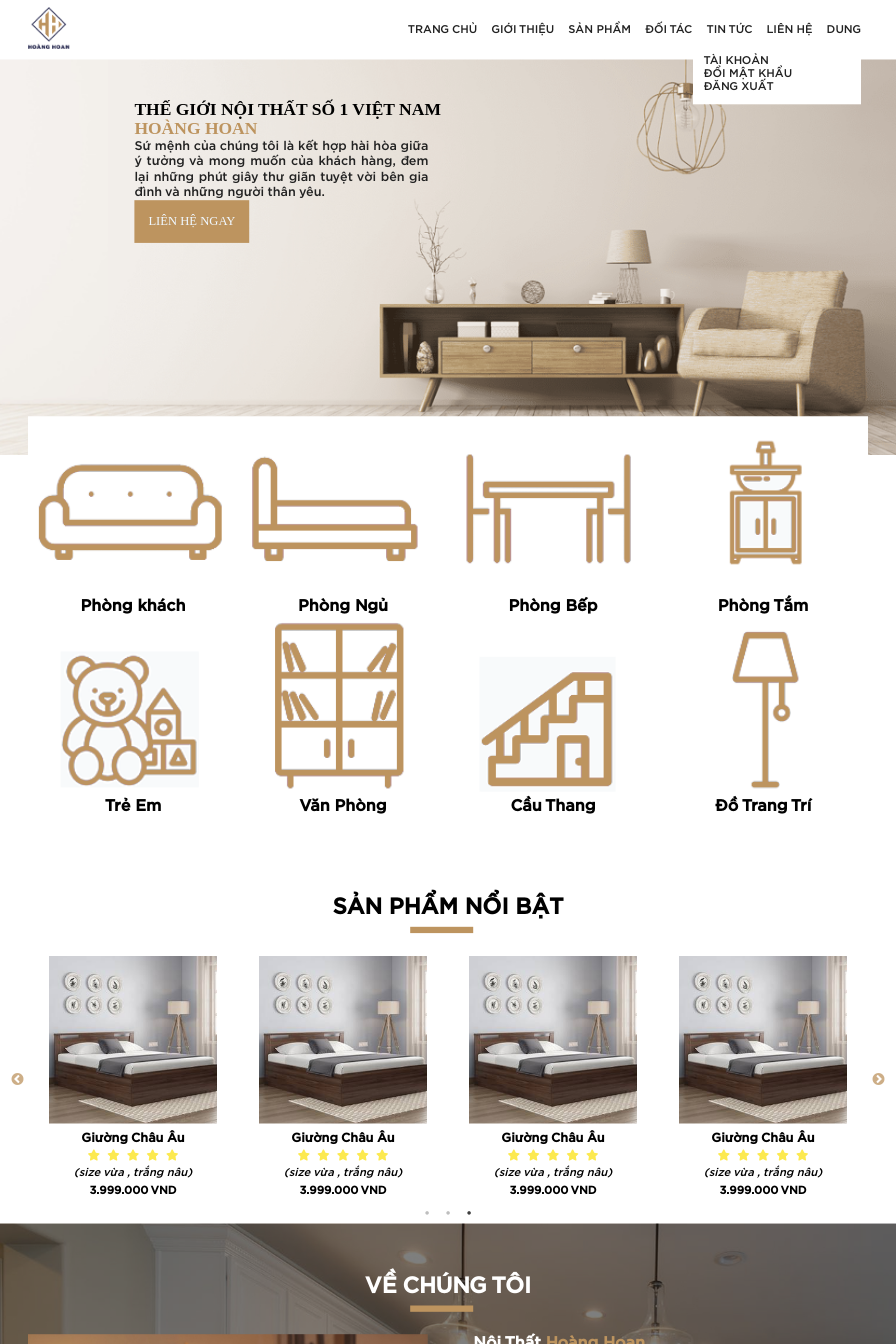
Repository: LDDUNG2003/prj_2
Page: /
The author's editor kept a copy of each file at every save. The page is drawn from the files as they stood at one save, then again after the next save.
The browser window is 1280 px wide. The pictures show the part of the page from y = 0 to 1920 px (the page is 3929 px tall), at 70% of full size.
The project was rebuilt for these pictures with package versions that can differ from the ones it lists, and the page was loaded fresh each time. Also part of the build but not shown: src/pages/news/newsListItem/index.js, src/pages/news/index.js, src/styles/css/contact.css, src/pages/contact/index.js, src/pages/notfoud/index.js, src/pages/login/index.js.

Above is the page before, as saved 2023-09-22 11:00:20.

### public/index.html
<!doctype html>
<html lang="en">
  <head>
    <meta charset="utf-8">
    <meta name="viewport" content="width=device-width, initial-scale=1">
    <link rel="shortcut icon" href="./img/logo.png">
    <link rel="preconnect" href="https://fonts.googleapis.com">
    <link rel="preconnect" href="https://fonts.gstatic.com" crossorigin>
    <link href="https://fonts.googleapis.com/css2?family=Roboto:ital,wght@0,100;0,300;0,400;0,500;1,100;1,400;1,500;1,700;1,900&display=swap" rel="stylesheet">
    <title>Nội Thất Hoàng Hoan</title>
  </head>
  <body>
    <div id="root"></div>
  </body>
</html>

### src/index.js
import React from 'react';
import ReactDOM from 'react-dom';
import App from './App';
import './index.css';

const root = ReactDOM.createRoot(document.getElementById('root'));
root.render(
  <React.StrictMode>
    <App />
  </React.StrictMode>,
);

### src/App.js
import React, { Component, Fragment } from 'react';
import { BrowserRouter as Router , Routes, Route } from 'react-router-dom';
import defaultLayout from './layouts/defaultLayout';
import { publicRoute } from './routes';
import "slick-carousel/slick/slick.css";
import "slick-carousel/slick/slick-theme.css";
import './styles/css/responsive.css';

class App extends Component {
  render() {
    return (
      <Router>
        <div className="App">
        <Routes>
          {publicRoute.map((route ,index) => {
              const Page = route.component
              let Layout
              if(route.layout === 'notlayout'){
                Layout = Fragment
              }else{
                Layout = defaultLayout
              }
              return (<Route
                key={index}
                path={route.path}
                element={
                <Layout>
                    <Page/>
                  </Layout>
                }/>);
            })}
        </Routes>
        </div>
      </Router>
    );
  }
}

export default App;

### src/index.css
@font-face {
    font-family: "Gotham-Medium";
    src: url(./styles/front/Gotham-Medium.otf);
}

@font-face {
    font-family: "Gotham-Thin";
    src: url(./styles/front/Gotham-Thin.otf);
}

@font-face {
    font-family: "Gotham-Ultra";
    src: url(./styles/front/Gotham-Ultra.otf);
}

### src/layouts/defaultLayout/index.js
// import PropTypes from 'prop-types'
import Header from "../header";
import Footer from "../footer";
import "../../styles/css/base.css";

function defaultLayout({children}) {
    return(
        <>
        <Header />
        <div className="content">{children}</div>
        <Footer />
        </>
    );
}

// DefaultLayout.propTypes = {
//     children: PropTypes.node.isRequired
// };
export default defaultLayout

### src/routes/index.js
import Home from '~/pages/home'
import News from '~/pages/news'
import Contact from '~/pages/contact'
import page404 from '~/pages/notfoud'
import Login from '~/pages/login'

const publicRoute = [
    {path: '/',component: Home},
    {path: '/news',component: News},
    {path: '/contact',component: Contact},
    {path: '/*',component: page404, layout: 'notlayout'},
    {path: '/login',component: Login,layout: 'notlayout'}
]

export  {publicRoute}

### src/styles/css/responsive.css
@media (min-width:767px) {
    #mobileMenu {
        display: none;
    }
}

@media (max-width: 767px) {
    #root {
        margin: 0px 5px;
    }
    #mobileMenu {
        display: block;
        text-align: center;
    }
    .logo--block {
        width: 100%;
        display: flex;
        align-items: center;
        justify-content: space-between;
    }
    .navBar {
        display: block;
        height: auto;
    }
    .choose-item {
        width: 100%;
    }
    .menu-mobile {
        width: 40px;
        height: 40px;
        padding: 10px;
        border: 0px;
        background-color: var(--primary-color);
    }
    .news--item-container {
        font-size: 11px;
    }
    .content--title::before {
        display: none;
    }
    .new--item-heading {
        font-size: 14px;
    }
    .navBar__list {
        display: none;
        width: 100%;
    }
    .navBar__list-item {
        padding: 4px;
        border-bottom: 2px solid #ccc;
    }
    .about__us {
        background: none;
    }
    .about__us::before {
        background: none;
    }
    .content__focut {
        position: static;
    }
    .focut--item {
        width: 50%;
    }
    .content__banner {
        width: 100%;
    }
    .banner--content {
        display: none;
    }
    .slick-prev:before,
    .slick-next:before {
        display: none;
    }
    .about--background {
        display: none;
    }
    .about__us-bag {
        position: static;
    }
    .about--block {
        display: block;
    }
    .about--content {
        width: 100%;
        color: var(--text-color);
    }
    .about--content img {
        width: 100%;
    }
    .content--title {
        color: var(--text-color);
    }
    .news--contain {
        display: block;
    }
    .mobile-display {
        display: none;
    }
    .news--contain--item {
        width: 100%;
    }
    .news--list-item {
        width: 100%;
        overflow: hidden;
    }
    .news--list-item img {
        height: 100%;
    }
    .partner--list {
        flex-wrap: wrap;
    }
    .partner--item {
        width: 50%;
    }
    .content--contact {
        display: none;
    }
    .footer__lable {
        display: block;
    }
    .footer--list {
        width: 100%;
        padding: 10px 0px;
    }
    .footer--list-item {
        width: 100%;
        padding: 5px 0px;
    }
    /* news responsive */
    .news--content-list {
        margin: 0px 20px;
    }
    .news--content-item {
        width: 100%;
    }
    .featured--list {
        width: 100%;
        margin: 10px;
        flex-wrap: wrap;
    }
    .featured--item {
        width: 100%;
    }
}

### src/layouts/header/index.js
import ListMenu from "./itemsHeader";
import Login from "./login";
import { FontAwesomeIcon } from "@fortawesome/react-fontawesome"
import { faBars} from "@fortawesome/free-solid-svg-icons";
function Header(){
    let Href = window.location.href
    console.log(Href)

    return (
        <div className="header">
            <div className="navBar">
                <div className="logo--block">
                <img src="./img/logo.png" alt="logo" className="logo" />
                <button onClick={clickMenu} className="menu-mobile" id="mobileMenu"><FontAwesomeIcon icon={faBars} color="#fff"/></button>
                </div>
                <ul className="navBar__list">
                    <ListMenu/>
                    <Login/>
                </ul>
            </div>
        </div>
    )
}
function clickMenu(){
    if (document.getElementsByClassName("navBar__list")[0].style.display === "block") {
        document.getElementsByClassName("navBar__list")[0].style.display = null;
    } else {
        document.getElementsByClassName("navBar__list")[0].style.display = "block";
    }
}

export default Header

### src/styles/css/base.css
* {
    padding: 0px;
    margin: 0px;
    font-family: "Gotham-Medium";
    text-align: justify;
}

:root {
    --primary-color: #bd945f;
    --text-color: #222222;
}


/* font setting */

.App {
    width: 100%;
    overflow: hidden;
    background-color: #fff;
}

.main {
    width: 100%;
}

.header {
    padding: 10px 0px;
    margin: auto;
    width: 100%;
    max-width: 1200px;
}

.navBar {
    display: flex;
    width: 100%;
    justify-content: space-between;
}

.logo {
    height: 60px;
}

.navBar__list {
    display: flex;
    list-style: none;
    align-items: center;
}

.navBar__list-item {
    margin: 0 10px;
    position: relative;
}

.navBar__list--link {
    text-transform: uppercase;
    font-size: 16px;
    color: var(--text-color);
    text-decoration: none;
}

.navBar__list-item::before {
    content: '';
    background-color: var(--primary-color);
    display: block;
    height: 4px;
    margin-top: 7px;
    width: 0px;
    top: 75%;
    position: absolute;
    transition: 0.3s;
    z-index: 1;
}

.Login--navBar {
    list-style: none;
    position: absolute;
    z-index: 1;
    width: 240px;
    background-color: #fff;
    padding: 15px;
    right: 0px;
    top: 150%;
}

.Loginlist {
    padding: 10px 0px;
}

.select--item::before {
    content: '';
    background-color: var(--primary-color);
    display: block;
    height: 4px;
    margin-top: 7px;
    width: 65px;
    top: 75%;
    position: absolute;
    z-index: 1;
}

.navBar__list-item:hover::before {
    width: 65px;
}

.featured--content {
    padding-top: 10px;
    text-align: center;
}

.featured-name {
    display: contents;
    font-size: 18px;
    text-transform: capitalize;
}

.evaluate--list {
    list-style: none;
    display: flex;
    justify-content: center;
}

.evaluate--list li {
    padding: 5px;
    margin: 0;
}

.note-product {}

.content--title {
    font-size: 32px;
    padding: 50px 0px;
    text-align: center;
    position: relative;
    text-transform: uppercase;
}

.content--title::before {
    content: '';
    background-color: var(--primary-color);
    width: 90px;
    height: 9px;
    position: absolute;
    top: 70%;
    right: 47%;
}

.content__featured {
    width: 100%;
    max-width: 1200px;
    margin: auto;
    padding-bottom: 30px;
}

.featured--list {
    width: 100%;
    list-style: none;
    display: flex;
    text-align: center;
}

.featured--item {}

.featured--img {
    width: 80%;
    margin: auto;
}

.price-product {
    text-align: center;
    padding: 7px 0px;
    font-weight: 800;
    font-size: 16px;
}

.slick-prev:before,
.slick-next:before {
    color: var(--primary-color) !important;
    width: 15px;
    display: inline-block;
}

.footer {
    padding: 20px 0px;
    background-color: black;
}

.footer__lable {
    max-width: 1200px;
    margin: auto;
    display: flex;
    width: 100%;
    justify-content: space-around;
    color: #fff;
    justify-content: space-between;
}

.footer--list {
    list-style: none;
    width: 32%;
}

.footer--list-item {
    font-size: 16px;
    padding-top: 8px;
    text-transform: capitalize;
    font-family: initial;
}

.footer--list-heading {
    font-size: 18px;
    font-weight: 300;
    text-transform: uppercase;
    position: relative;
    padding-bottom: 0px;
    font-family: 'Gotham-Medium';
}

.footer--list-heading::after {
    content: '';
    background-color: var(--primary-color);
    width: 110px;
    padding-top: 6px;
    position: absolute;
    left: 0px;
    bottom: -8px;
}

.footer--inheri {
    text-transform: uppercase;
    font-weight: 600;
    font-size: 18px;
}

.footer--list-contact {
    display: flex;
    list-style: none;
}

.fooder--list-contact-item {
    width: 16px;
    padding: 5px;
}

### src/layouts/header/itemsHeader/index.js
import { Link } from "react-router-dom"

function ListMenu() {
    var menuItem = ["Trang Chủ", "Giới Thiệu","sản phẩm","Đối Tác","tin tức","Liên hệ"]
    var menuLink = ["/", "/About", "/Products","partner", "/News", "/Contact"]
    var menubar =[]
    for (var i = 0; i < menuItem.length; i++) {
        menubar.push(
            <li onClick={clickLink} className="navBar__list-item" key={i}>
                <Link className="navBar__list--link" to={menuLink[i]}>{menuItem[i]}</Link>
            </li>
        )
        console.log(menuItem[i])
    }
    return (
        <>
        {menubar}
        </>
    );

    function clickLink(){
        document.getElementsByClassName("navBar__list")[0].style.display = null;
    }
}


export default ListMenu;

### src/layouts/header/login/index.js
import { Link } from "react-router-dom"

function Login() {
    var LoginCheck = true
    let nameAccount = "Dung"
    if(LoginCheck){
        return (
            <li onClick={clickLink} className="navBar__list-item">
                <Link className="navBar__list--link">
                    {nameAccount}
                    <ul className="Login--navBar">
                        <li className="Login__list-item">
                            <Link className="navBar__list--link">tài khoản </Link>
                        </li>
                        <li className="Login__list-item">
                            <Link className="navBar__list--link">đổi mật khẩu </Link>
                        </li>
                        <li className="Login__list-item">
                            <Link className="navBar__list--link">đăng xuất</Link>
                        </li>
                    </ul>
                </Link>
            </li>
        )
    }
    else{
        return(
            <li className="navBar__list-item">
                <Link to = "/login" className="navBar__list--link">Đăng Nhập</Link>
            </li>
        )
    }

    function clickLink(){
        document.getElementsByClassName("navBar__list")[0].style.display = null;
    }
}

export default Login;

### src/styles/css/news.css
.news--contet {
    width: 100%;
    max-width: 1200px;
    margin: auto;
    padding-bottom: 50px;
}

.news--content-list {
    display: flex;
    flex-wrap: wrap;
    list-style: none;
    align-items: center;
}

.news--content-item {
    width: 33%;
    padding: 20px;
    box-sizing: border-box;
}

.news--item-img {
    width: 100%;
}

.news--item-contain {
    margin: auto;
    margin-left: 8px;
}

.news--contain-heading {
    font-size: 23px;
    color: var(--primary-color);
    text-transform: uppercase;
}

.news--contain-text {
    padding: 10px 0px 0px 0px;
    font-size: 16px;
}

### src/pages/notfoud/index.css
* {
    -webkit-box-sizing: border-box;
    box-sizing: border-box;
}

body {
    padding: 0;
    margin: 0;
}

#notfound {
    position: relative;
    height: 100vh;
}

#notfound .notfound {
    position: absolute;
    left: 50%;
    top: 50%;
    -webkit-transform: translate(-50%, -50%);
    -ms-transform: translate(-50%, -50%);
    transform: translate(-50%, -50%);
}

.notfound {
    max-width: 520px;
    width: 100%;
    line-height: 1.4;
    text-align: center;
}

.notfound .notfound-404 {
    position: relative;
    height: 200px;
    margin: 0px auto 20px;
    z-index: -1;
}

.notfound .notfound-404 h1 {
    font-family: 'Montserrat', sans-serif;
    font-size: 236px;
    font-weight: 200;
    margin: 0px;
    color: #211b19;
    text-transform: uppercase;
    position: absolute;
    left: 50%;
    top: 50%;
    -webkit-transform: translate(-50%, -50%);
    -ms-transform: translate(-50%, -50%);
    transform: translate(-50%, -50%);
}

.notfound .notfound-404 h2 {
    font-family: 'Montserrat', sans-serif;
    font-size: 28px;
    font-weight: 400;
    text-transform: uppercase;
    color: #211b19;
    background: #fff;
    padding: 10px 5px;
    margin: auto;
    display: inline-block;
    position: absolute;
    bottom: 0px;
    left: 0;
    right: 0;
}

.notfound a {
    font-family: 'Montserrat', sans-serif;
    display: inline-block;
    font-weight: 700;
    text-decoration: none;
    color: #fff;
    text-transform: uppercase;
    padding: 13px 23px;
    background: #ff6300;
    font-size: 18px;
    -webkit-transition: 0.2s all;
    transition: 0.2s all;
}

.notfound a:hover {
    color: #ff6300;
    background: #211b19;
}

@media only screen and (max-width: 767px) {
    .notfound .notfound-404 h1 {
        font-size: 148px;
    }
}

@media only screen and (max-width: 480px) {
    .notfound .notfound-404 {
        height: 148px;
        margin: 0px auto 10px;
    }
    .notfound .notfound-404 h1 {
        font-size: 86px;
    }
    .notfound .notfound-404 h2 {
        font-size: 16px;
    }
    .notfound a {
        padding: 7px 15px;
        font-size: 14px;
    }
}

### src/styles/css/login.css
.login-page {
    width: 360px;
    padding: 8% 0 0;
    margin: auto;
}

.form {
    position: relative;
    z-index: 1;
    background: #FFFFFF;
    max-width: 360px;
    margin: 0 auto 100px;
    padding: 45px;
    text-align: center;
    box-shadow: 0 0 20px 0 rgba(0, 0, 0, 0.2), 0 5px 5px 0 rgba(0, 0, 0, 0.24);
}

.form input {
    font-family: "Roboto", sans-serif;
    outline: 0;
    background: #f2f2f2;
    width: 100%;
    border: 0;
    margin: 0 0 15px;
    padding: 15px;
    box-sizing: border-box;
    font-size: 14px;
}

.form button {
    font-family: "Roboto", sans-serif;
    text-transform: uppercase;
    outline: 0;
    background: #4CAF50;
    width: 100%;
    border: 0;
    padding: 15px;
    color: #FFFFFF;
    font-size: 14px;
    -webkit-transition: all 0.3 ease;
    transition: all 0.3 ease;
    cursor: pointer;
}

.form button:hover,
.form button:active,
.form button:focus {
    background: #43A047;
}

.form .message {
    margin: 15px 0 0;
    color: #b3b3b3;
    font-size: 12px;
}

.form .message a {
    color: #4CAF50;
    text-decoration: none;
}

.form .register-form {
    display: none;
}

.container {
    position: relative;
    z-index: 1;
    max-width: 300px;
    margin: 0 auto;
}

.container:before,
.container:after {
    content: "";
    display: block;
    clear: both;
}

.container .info {
    margin: 50px auto;
    text-align: center;
}

.container .info h1 {
    margin: 0 0 15px;
    padding: 0;
    font-size: 36px;
    font-weight: 300;
    color: #1a1a1a;
}

.container .info span {
    color: #4d4d4d;
    font-size: 12px;
}

.container .info span a {
    color: #000000;
    text-decoration: none;
}

.container .info span .fa {
    color: #EF3B3A;
}

body {
    background: #76b852;
    /* fallback for old browsers */
    background: rgb(141, 194, 111);
    background: linear-gradient(90deg, rgba(141, 194, 111, 1) 0%, rgba(118, 184, 82, 1) 50%);
    font-family: "Roboto", sans-serif;
    -webkit-font-smoothing: antialiased;
    -moz-osx-font-smoothing: grayscale;
}

### src/styles/css/home.css
.content {
    width: 100%;
    /* max-width: 1500px; */
    margin: auto;
}

.content__banner {
    width: 100%;
    position: relative;
}

.content--list-image {
    width: 100%;
    max-width: 1500px;
    margin: auto;
}

.content--image {
    width: 100%;
}

.banner--content {
    position: absolute;
    top: 10%;
    left: 15%;
}

.banner--content-text-title {
    text-transform: uppercase;
    font-family: 800;
    font-family: "gotham-utral";
    font-size: 25px;
}

.banner--content-text {
    font-size: 18px;
    color: var(--text-color);
    width: 420px;
}

.banner--button {
    padding: 20px;
    color: aliceblue;
    background-color: var(--primary-color);
    border: none;
    font-family: "gotham-utral";
    font-size: 18px;
    cursor: pointer;
}

.content__focut {
    position: relative;
    background-color: #ffffff;
    top: -60px;
    max-width: 1200px;
    width: 100%;
    margin: auto;
}

.focut--list {
    margin: auto;
    display: flex;
    width: 100%;
    list-style: none;
    flex-wrap: wrap;
}

.focut--item {
    width: 25%;
    text-align: center;
}

.focut--img {
    width: 100%;
}

.focut--text {
    text-align: center;
    font-size: 23px;
}

.content__featured {
    width: 100%;
    max-width: 1200px;
    margin: auto;
    padding-bottom: 30px;
}

.featured--list {
    width: 100%;
    list-style: none;
    display: flex;
    text-align: center;
}

.featured--item {
    width: 24%;
}

.featured--img {
    width: 80%;
    margin: auto;
}

.about__us {
    position: relative;
    width: 100%;
    max-width: 1500px;
    margin: auto;
    padding: 20px 0px;
    background-image: url("../img/bg-about-us.jpg");
    display: flex;
    justify-content: center;
}

.about__us::before {
    content: "";
    position: absolute;
    width: 100%;
    height: 100%;
    background-color: black;
    opacity: 0.5;
    z-index: 0;
    top: 0px;
    display: block;
}

.about__us-bag {
    top: 0px;
    width: 100%;
    max-width: 1200px;
    left: 10%;
    color: #ffffff;
    z-index: 1;
}

.about__content {
    width: 100%;
}

.about--block {
    display: flex;
    justify-content: space-between;
}

.about--content {
    width: 47%;
}

.about--content--title {
    font-size: 23px;
}

.about--text--list {
    font-size: 16px;
    padding: 10px 0px;
}

.about--text {
    padding: 10px 0px;
}

.about--list {
    list-style: none;
    display: flex;
}

.about--item {
    width: 20%;
    padding: 4px;
}

.about--img {
    width: 100%;
}

.choose__choose {
    width: 100%;
}

.choose--list {
    list-style: none;
    display: flex;
    flex-wrap: wrap;
    justify-content: space-between;
}

.choose--item {
    align-items: center;
    margin: 5px 0px;
    width: 48%;
    display: flex;
    background-color: #ffffff;
}

.choose--content-title {
    color: var(--primary-color);
    font-size: 23px;
    text-transform: uppercase;
    font-weight: 800;
}

.choose--text {
    font-weight: 700;
    font-size: 16px;
    padding: 5px 0px;
    color: var(--text-color);
}

.news {
    margin: auto;
    width: 100%;
    max-width: 1500px;
}

.content--title {}

.news--contain {
    margin: auto;
    display: flex;
    width: 100%;
    justify-content: space-between;
}

.news--contain--item {
    width: 48%;
    position: relative;
}

.impotant--grd {
    height: 460px;
    width: 100%;
}

.news-contain-impotant {
    margin-right: 10px;
    position: absolute;
    bottom: 0;
    height: 30%;
    background-color: var(--primary-color);
    padding: 20px 10px;
    width: 100%;
}

.news--impotant-heading {
    font-size: 23px;
    text-transform: uppercase;
    color: #ffffff;
}

.news--impotant-text {
    font-size: 16px;
}

.news--list {
    list-style: none;
}

.news--list-item {
    margin: 5px 0;
    display: flex;
    height: 105px;
}

.new--item-heading {
    font-size: 21px;
    text-transform: capitalize;
}

.news--item-container {
    font-size: 16px;
    margin: 5px;
    font-weight: 100;
    text-align: justify;
}

.news--impotant-text {
    margin: 0px;
}

.partner--contain {}

.partner--list {
    display: flex;
    list-style: none;
    flex-wrap: wrap;
    width: 100%;
    /* setup max width  */
    max-width: 1200px;
    margin: auto;
}

.partner--item {
    /* setup width calc 100/7 */
    width: calc(100% / 7);
    /* width: calc(100%/7%); */
}

.content--contact {
    width: 100%;
    margin: auto;
    max-width: 1600px;
    position: relative;
    box-sizing: border-box;
}

.contact--contain {
    height: 100%;
}

.contact-bg {
    width: 100%;
    height: 100%;
}

.contact-contain {}

.contact-image {
    position: absolute;
    display: none;
}

### src/font-awesome/index.js
import { FontAwesomeIcon } from "@fortawesome/react-fontawesome";
import { faStar} from "@fortawesome/free-solid-svg-icons";
function Star() {
    return (
        <FontAwesomeIcon icon={faStar} style={{color: "#fce94f",}} />
     );
}


export default Star;

Loaded but not shown: src/pages/home/index.js (219 lines, source omitted); src/layouts/footer/index.js (47 lines, source omitted); src/pages/home/setProductSlick/index.js (70 lines, source omitted)

After the next save:
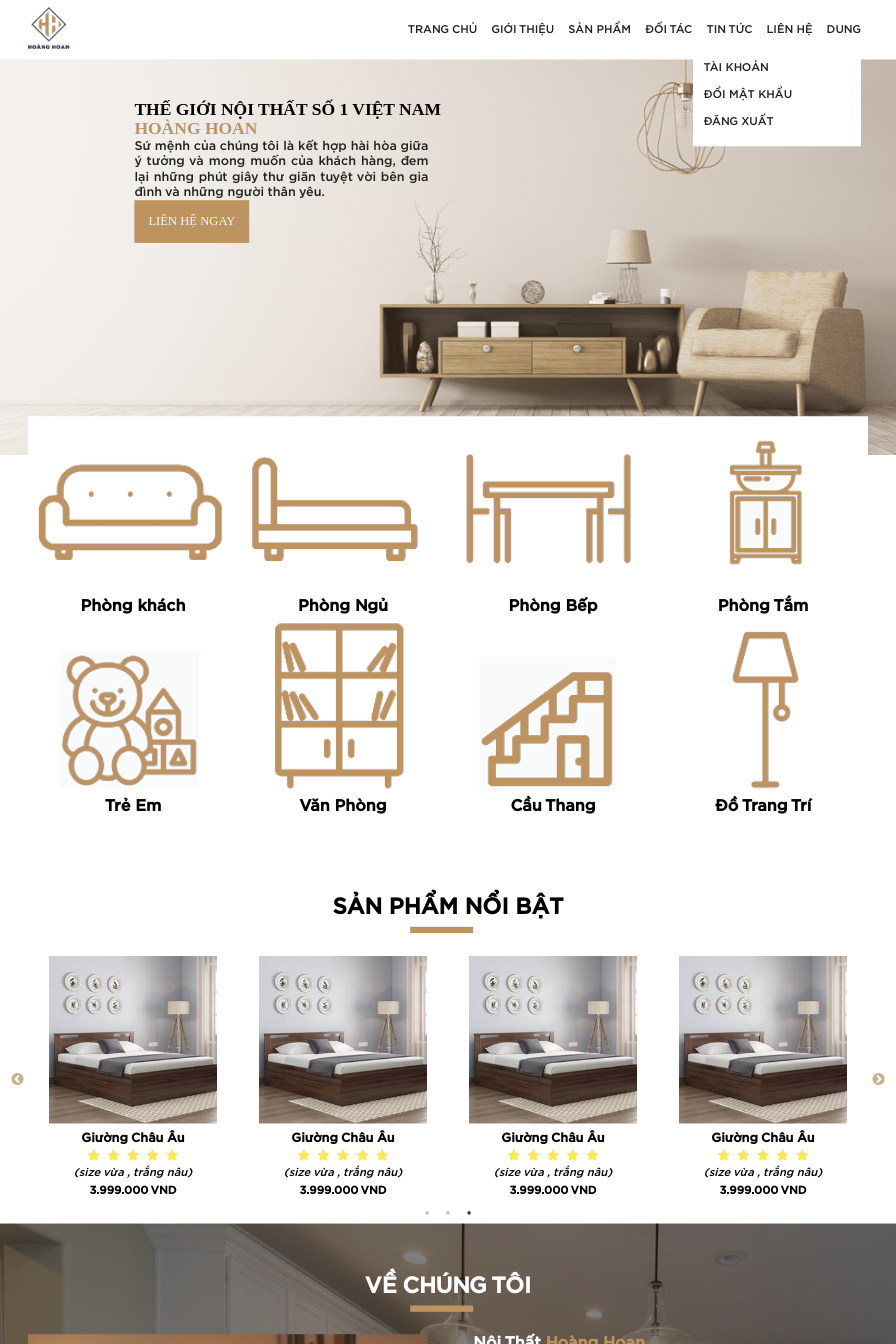
Saved 6 s later.
--- a/src/styles/css/base.css
+++ b/src/styles/css/base.css
@@ -82,7 +82,7 @@
     top: 150%;
 }
 
-.Loginlist {
+.Login__list-item {
     padding: 10px 0px;
 }
 
